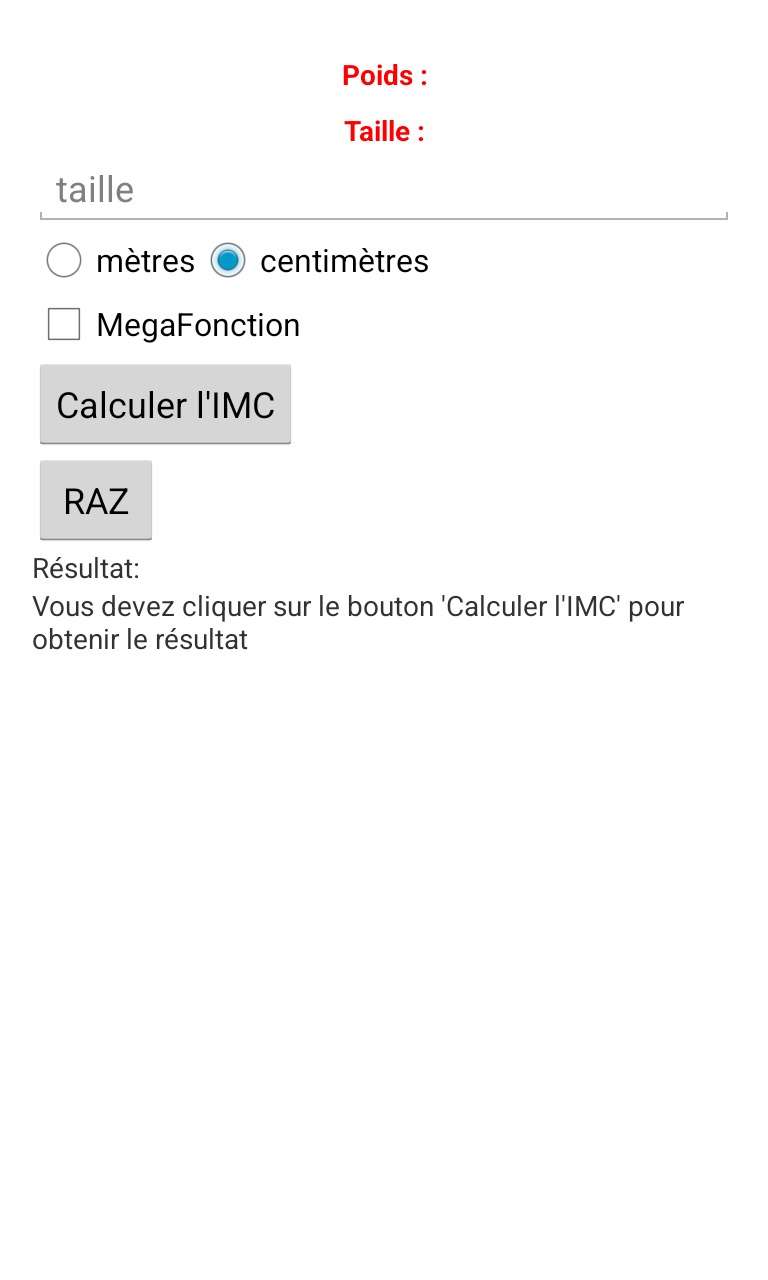
Repository: mikaelpopowicz/cours
Layout: graph/test/res/layout/activity_main.xml
These files come from the project's save history. The layout is drawn as it stood at one moment and after the next save; the edit follows.
It is drawn on a 768 x 1280 px phone screen (xhdpi) without system bars, with theme AppTheme; the app's code is not run.

Above is the layout before, as saved 2014-02-27 07:27:18.

### graph/test/res/layout/activity_main.xml
<LinearLayout xmlns:android="http://schemas.android.com/apk/res/android"
    xmlns:tools="http://schemas.android.com/tools"
    android:layout_width="match_parent"
    android:layout_height="match_parent"
    android:paddingBottom="@dimen/activity_vertical_margin"
    android:paddingLeft="@dimen/activity_horizontal_margin"
    android:paddingRight="@dimen/activity_horizontal_margin"
    android:paddingTop="@dimen/activity_vertical_margin"
    tools:context=".MainActivity"
    android:orientation="vertical" >

    <LinearLayout
        android:layout_width="fill_parent"
        android:layout_height="wrap_content"
        android:orientation="horizontal" >

        <TextView
        android:layout_width="fill_parent"
        android:layout_height="wrap_content"
        android:text="Poids :"
        android:textStyle="bold"
        android:textColor="#FF0000"
        android:gravity="center"/>

    <EditText
        android:id="@+id/poids"
        android:layout_width="fill_parent"
        android:layout_height="wrap_content"
        android:hint="Poids"
        android:inputType="text"/>
    </LinearLayout>


    <TextView
        android:layout_width="fill_parent"
        android:layout_height="wrap_content"
        android:text="Taille :"
        android:textStyle="bold"
        android:textColor="#FF0000"
        android:gravity="center"/>

    <EditText
        android:id="@+id/taille"
        android:layout_width="fill_parent"
        android:layout_height="wrap_content"
        android:hint="taille"
        android:inputType="text"/>

    <RadioGroup
        android:id="@+id/group"
  		android:layout_width="wrap_content"
  		android:layout_height="wrap_content"
  		android:orientation="horizontal" >
  		<RadioButton
  		    android:id="@+id/radio1"
    		android:layout_width="wrap_content"
    		android:layout_height="wrap_content"
    		android:text="mètres" />
  		<RadioButton
  		    android:id="@+id/radio2"
    		android:layout_width="wrap_content"
    		android:layout_height="wrap_content"
    		android:text="centimètres"
    		android:checked="true" />
	</RadioGroup>

    <CheckBox
        android:id="@+id/mega"
  		android:layout_width="fill_parent"
  		android:layout_height="wrap_content"
  		android:text="MegaFonction"  />

    <Button
        android:id="@+id/calcul"
        android:layout_width="wrap_content"
        android:layout_height="wrap_content"
        android:text="Calculer l'IMC"/>

    <Button
        android:id="@+id/raz"
        android:layout_width="wrap_content"
        android:layout_height="wrap_content"
        android:text="RAZ"/>

    <TextView
        android:layout_width="wrap_content"
        android:layout_height="wrap_content"
        android:text="Résultat:"/>

    <TextView
        android:id="@+id/resultat"
        android:layout_height="wrap_content"
        android:layout_width="wrap_content"
        android:text="Vous devez cliquer sur le bouton 'Calculer l'IMC' pour obtenir le résultat"/>

</LinearLayout>

Loaded but not shown: graph/test/res/values/styles.xml (common file); graph/test/res/values-v11/styles.xml (common file); graph/test/res/values-v14/styles.xml (common file); graph/test/res/values/dimens.xml (common file)

After the next save:
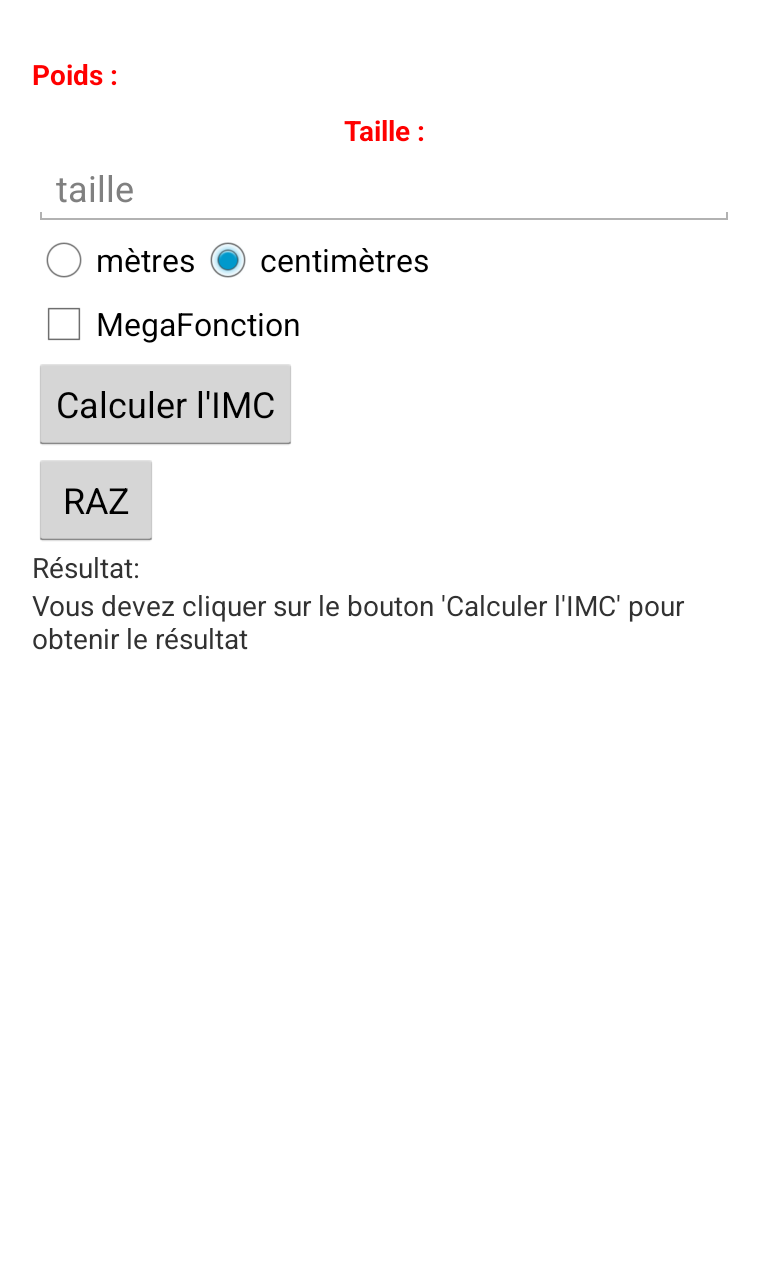
Saved 17 s later.
--- a/graph/test/res/layout/activity_main.xml
+++ b/graph/test/res/layout/activity_main.xml
@@ -20,7 +20,7 @@
         android:text="Poids :"
         android:textStyle="bold"
         android:textColor="#FF0000"
-        android:gravity="center"/>
+        android:gravity="left"/>
 
     <EditText
         android:id="@+id/poids"
